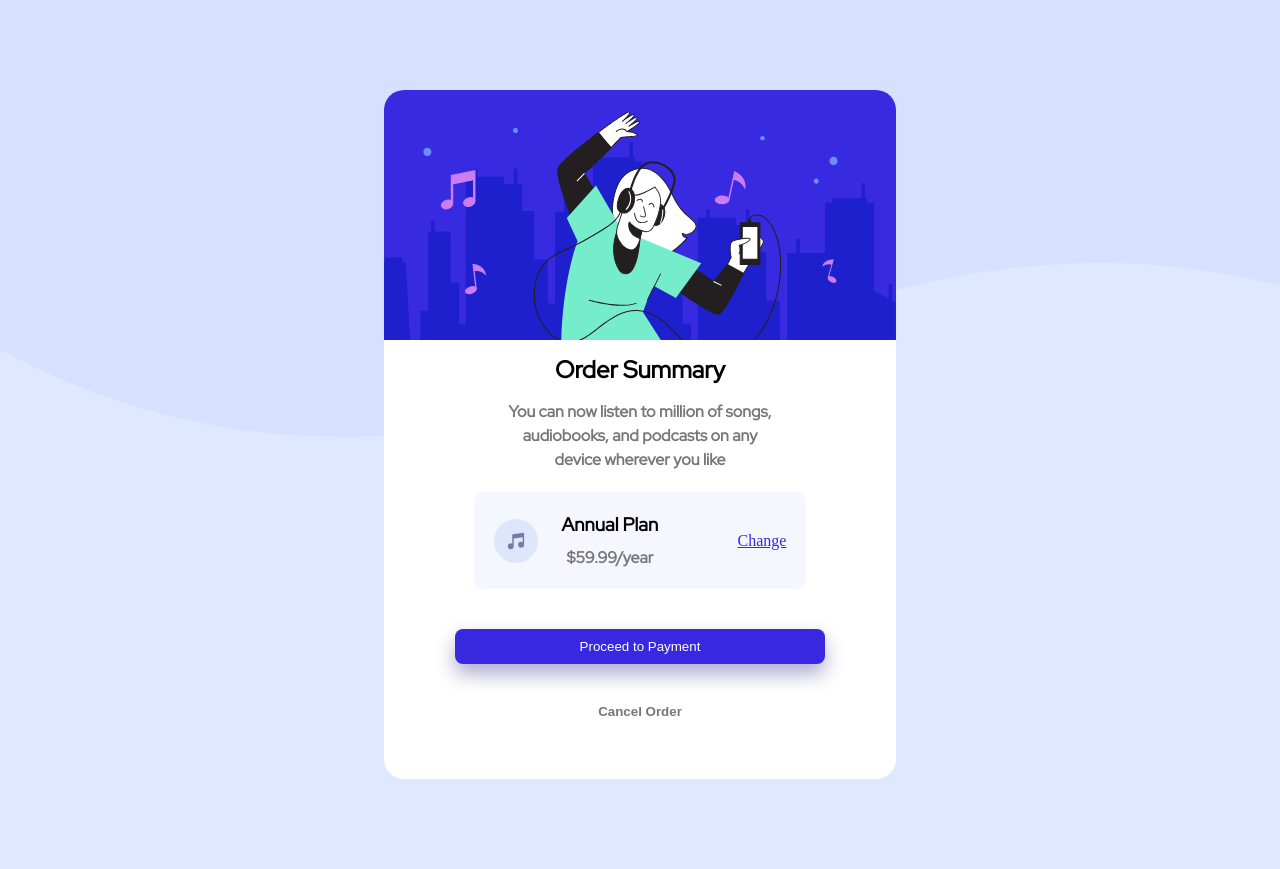
Repository: karanjain71/css-practice
Page: order-summary-component-main/index.html
An editor plug-in stored every save of this project. The page is shown before and after the next save, followed by the edit.
The browser window is 1280 px wide. The pictures show the whole page.

Above is the page before, as saved 2022-01-29 21:53:20.

After the next save:
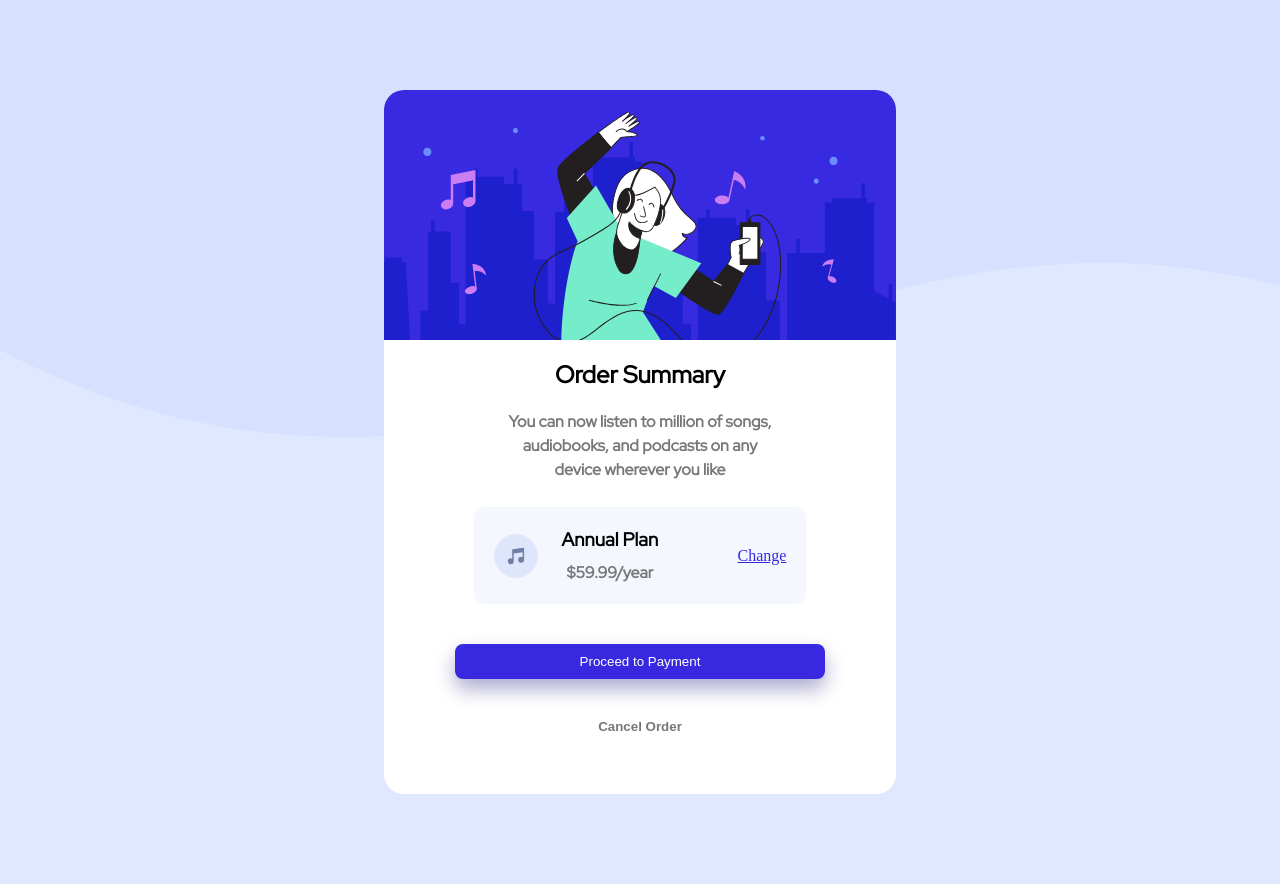
Saved 6 s later.
--- a/order-summary-component-main/style.css
+++ b/order-summary-component-main/style.css
@@ -23,13 +23,13 @@
     padding-bottom: 40px;
 }
 h2{
-    margin: 10px;
+    margin: 15px;
     text-align: center;
     font-family: "Red Hat Display";
     font-weight: bolder;
 }
 p{
-    margin: 10px;
+    margin: 15px;
     text-align: center;
     font-family: "Red Hat Display";
     font-weight: 600;
